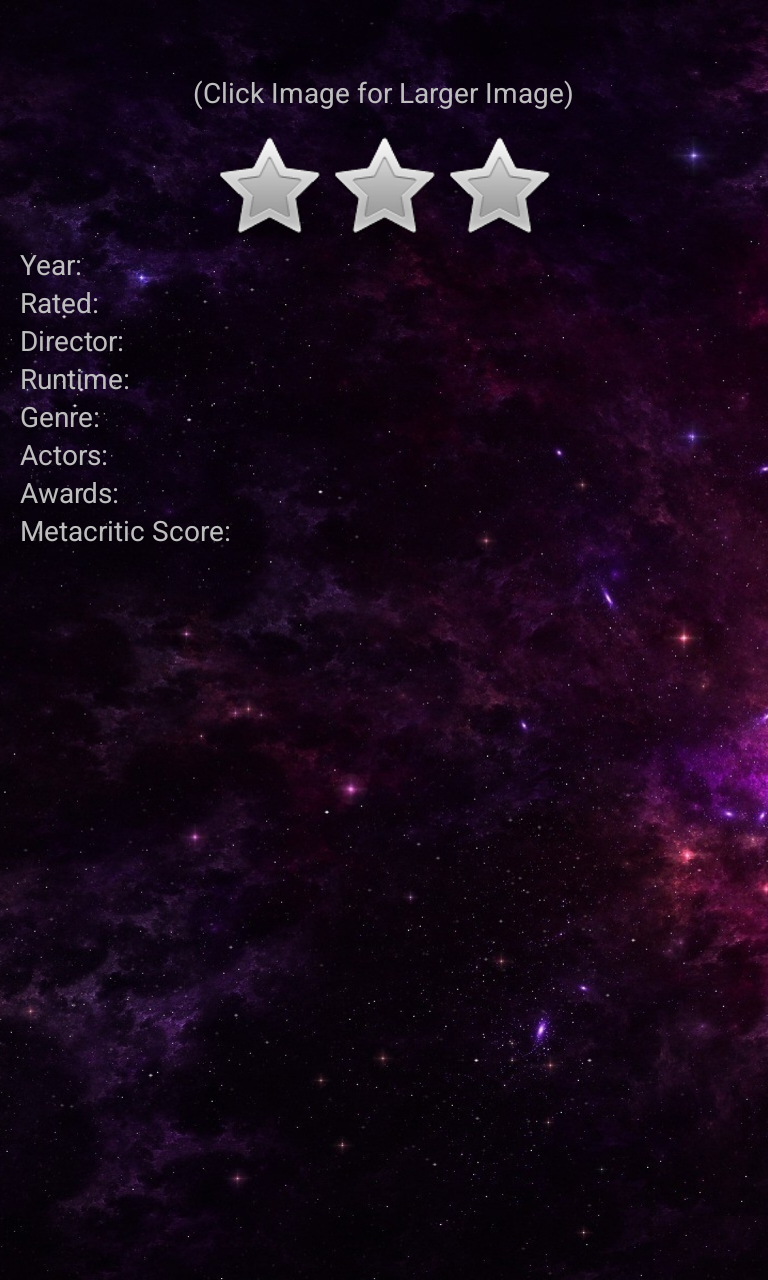
Repository: laurenelder/Java2_Elder
Layout: MovieLookup/res/layout/detail_layout.xml
The author's editor kept a copy of each file at every save. The layout is drawn from the files as they stood at one save, then again after the next save.
It is drawn on a 768 x 1280 px phone screen (xhdpi) without system bars, with theme android:Theme.Black; the app's code is not run.

Above is the layout before, as saved 2014-07-29 16:06:45.

After the next save:
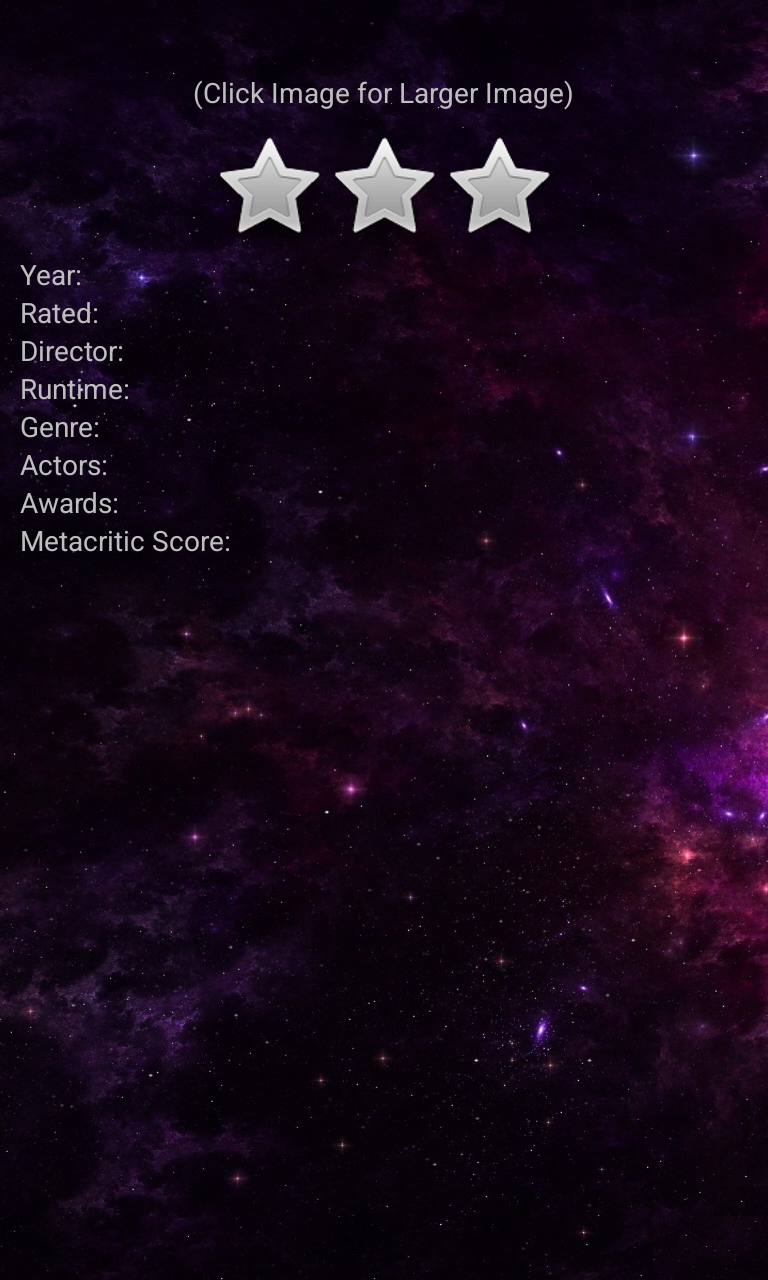
Saved 105 s later.
--- a/MovieLookup/res/layout/detail_layout.xml
+++ b/MovieLookup/res/layout/detail_layout.xml
@@ -58,7 +58,7 @@
     <RelativeLayout
         android:layout_width="match_parent"
         android:layout_height="wrap_content"
-        android:layout_marginTop="0dp" >
+        android:layout_marginTop="5dp" >
 
         <TextView
             android:id="@+id/yearLabel"
